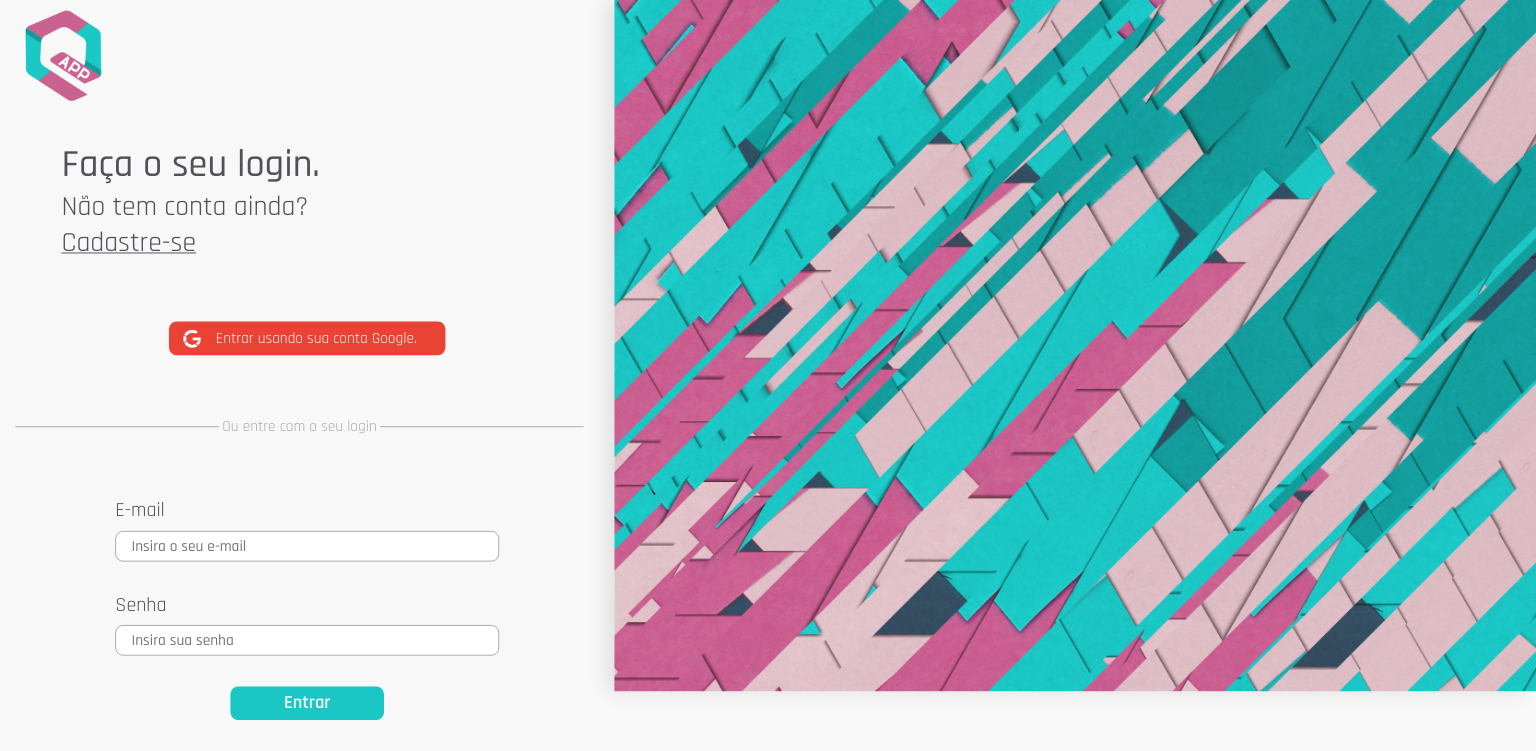
Repository: kika-cavalher/qapp-web
Page: /
An editor plug-in stored every save of this project. The page is shown before and after the next save, followed by the edit.
The browser window is 1280 px wide. The page is 1600 px wide, so the pictures cover 1600 px, including what lies to the right of the window. The pictures show the whole page, at 96% of full size.
The page's requests for data from a server got no answer. The project was rebuilt for these pictures with package versions that can differ from the ones it lists, and the page was loaded fresh each time. No one was signed in, and anything a server would have sent is missing. Also part of the build but not shown: src/pages/Register.tsx.

Above is the page before, as saved 2022-02-28 16:41:28.

After the next save:
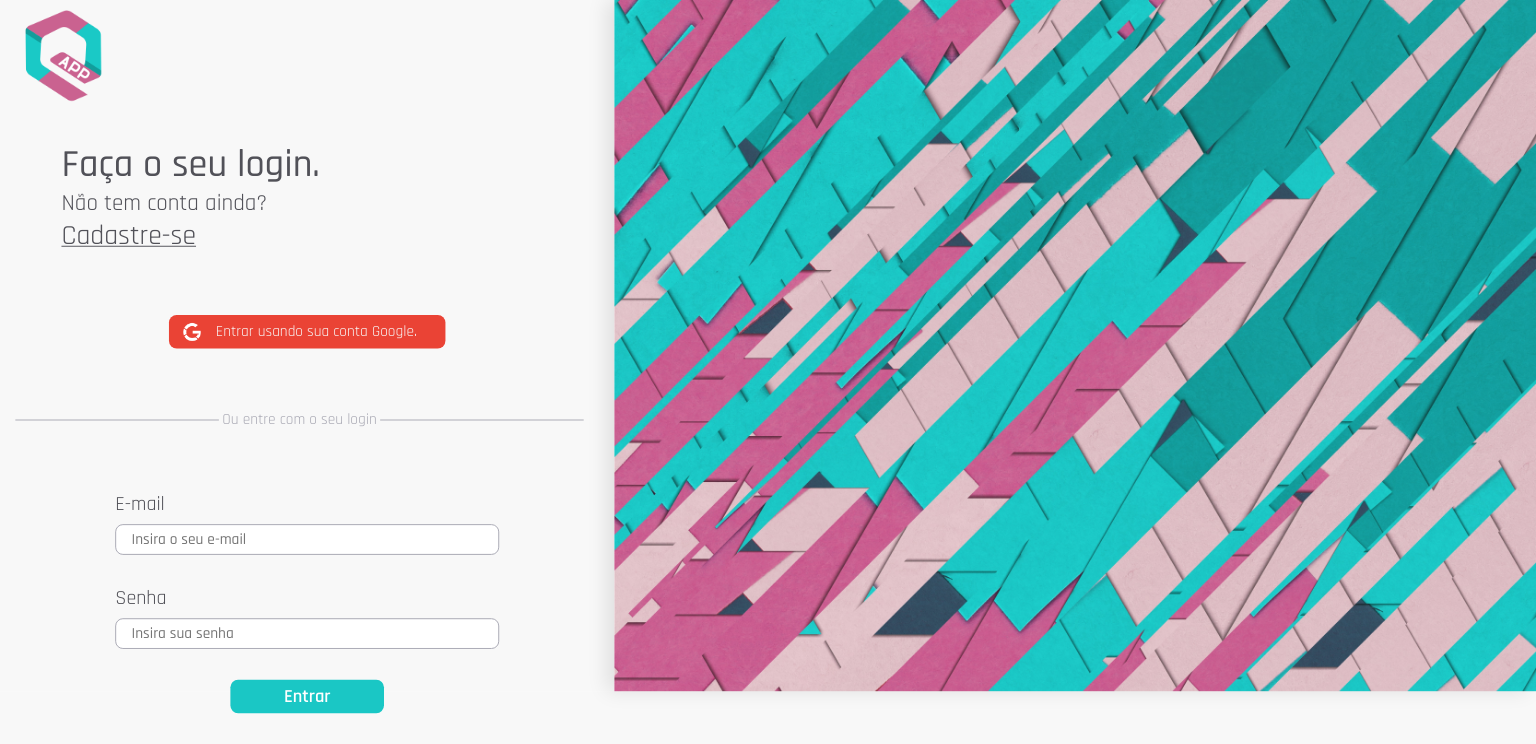
Saved 7 min 55 s later.
--- a/src/styles/pages/login.scss
+++ b/src/styles/pages/login.scss
@@ -77,7 +77,7 @@ main{
         }
 
         @include notebook {
-            font-size: 1.8rem;
+            font-size: 1.5rem;
         }
 
         @include tablet {
